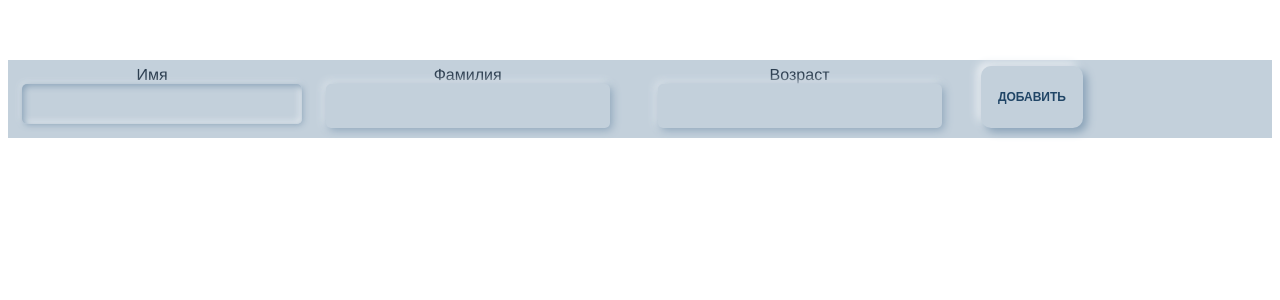
Repository: shum89/test-vue-table
Page: /
The author's editor kept a copy of each file at every save. The page is drawn from the files as they stood at one save, then again after the next save.
The browser window is 1280 px wide. The pictures show the whole page.
The first visible `.form__input` has the focus.
The project was rebuilt for these pictures with package versions that can differ from the ones it lists, and the page was loaded fresh each time. Also part of the build but not shown: vue.config.js.

Above is the page before, as saved 2021-07-18 15:50:14.

After the next save:
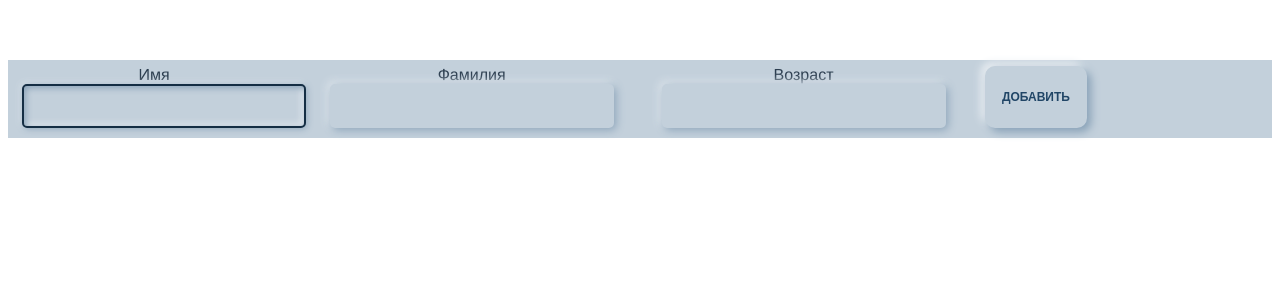
Saved 13 s later.
--- a/src/components/Form.vue
+++ b/src/components/Form.vue
@@ -64,7 +64,7 @@ export default {
 .form__input:focus-within {
   transition: var(--shadow-transition);
   box-shadow: var(--input-shadow-active);
-  border: var(--baseDark3);
+  border-color: var(--baseDark3);
   outline: 0;
 }
 .form__fieldset {
